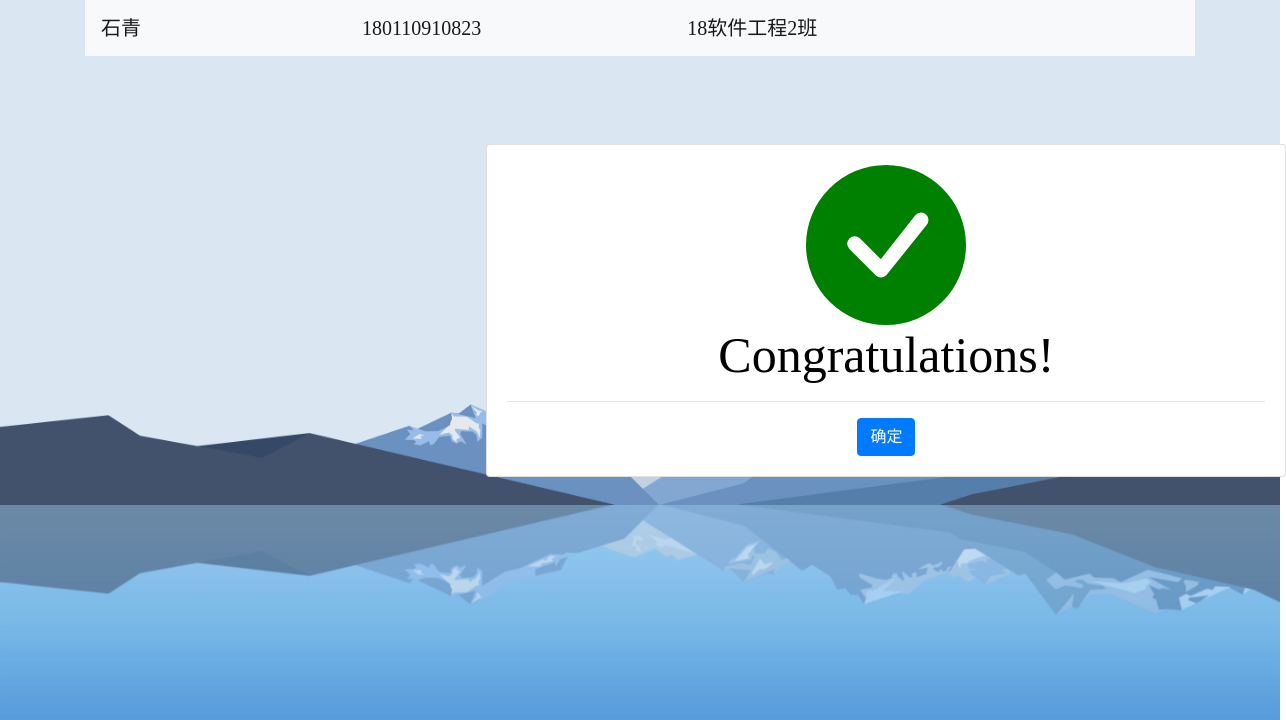
Repository: sqsssq/JavaWeb
Page: class1/IDEA/web/successful.html
The author's editor kept a copy of each file at every save. The page is drawn from the files as they stood at one save, then again after the next save.
The browser window is 1280 px wide. The page is 1286 px wide, so the pictures cover 1286 px, including what lies to the right of the window. The pictures show the whole page.

Above is the page before, as saved 2020-09-25 00:46:16.

### class1/IDEA/web/successful.html
<!--
 * @Author: your name
 * @Date: 2020-09-23 10:46:47
 * @LastEditTime: 2020-09-25 00:46:16
 * @LastEditors: Please set LastEditors
 * @Description: In User Settings Edit
 * @FilePath: \IDEA\web\successful.html
-->
<!DOCTYPE html>
<html lang="en">

<head>
    <meta charset="UTF-8">
    <meta name="viewport" content="width=device-width, initial-scale=1, shrink-to-fit=no">
    <link rel="stylesheet" href="https://cdn.jsdelivr.net/npm/bootstrap@4.5.0/dist/css/bootstrap.min.css"
        integrity="sha384-9aIt2nRpC12Uk9gS9baDl411NQApFmC26EwAOH8WgZl5MYYxFfc+NcPb1dKGj7Sk" crossorigin="anonymous">
    <script src="https://cdn.jsdelivr.net/npm/jquery@3.5.1/dist/jquery.slim.min.js"
        integrity="sha384-DfXdz2htPH0lsSSs5nCTpuj/zy4C+OGpamoFVy38MVBnE+IbbVYUew+OrCXaRkfj" crossorigin="anonymous">
    </script>
    <script src="https://cdn.jsdelivr.net/npm/popper.js@1.16.0/dist/umd/popper.min.js"
        integrity="sha384-Q6E9RHvbIyZFJoft+2mJbHaEWldlvI9IOYy5n3zV9zzTtmI3UksdQRVvoxMfooAo" crossorigin="anonymous">
    </script>
    <script src="https://cdn.jsdelivr.net/npm/bootstrap@4.5.0/dist/js/bootstrap.min.js"
        integrity="sha384-OgVRvuATP1z7JjHLkuOU7Xw704+h835Lr+6QL9UvYjZE3Ipu6Tp75j7Bh/kR0JKI" crossorigin="anonymous">
    </script>

    <title>Title</title>
    <style>
        html {
            height: 100%;
        }

        body {
            height: 100%;
            background-image: url("./img/bcg2.jpg");
            background-repeat: no-repeat;
            background-size: 100% 100%;
            background-position: center center;
        }
    </style>
</head>

<body>
    <div class="container" style="font-family: 华文行楷;">
        <nav class="navbar navbar-expand-lg navbar-light bg-light">
            <a class="navbar-brand" href="#">石青
                &nbsp;&nbsp;&nbsp;&nbsp;&nbsp;&nbsp;&nbsp;&nbsp;&nbsp;&nbsp;&nbsp;&nbsp;&nbsp;&nbsp;&nbsp;&nbsp;&nbsp;&nbsp;&nbsp;&nbsp;&nbsp;&nbsp;&nbsp;&nbsp;&nbsp;&nbsp;&nbsp;&nbsp;&nbsp;&nbsp;&nbsp;&nbsp;&nbsp;&nbsp;&nbsp;&nbsp;&nbsp;&nbsp;&nbsp;&nbsp;</a>
            <a class="navbar-brand"
                href="#">180110910823&nbsp;&nbsp;&nbsp;&nbsp;&nbsp;&nbsp;&nbsp;&nbsp;&nbsp;&nbsp;&nbsp;&nbsp;&nbsp;&nbsp;&nbsp;&nbsp;&nbsp;&nbsp;&nbsp;&nbsp;&nbsp;&nbsp;&nbsp;&nbsp;&nbsp;&nbsp;&nbsp;&nbsp;&nbsp;&nbsp;&nbsp;&nbsp;&nbsp;&nbsp;&nbsp;&nbsp;&nbsp;&nbsp;</a>
            <a class="navbar-brand" href="#">18软件工程2班</a>

        </nav>
        <form method="post" action="loginAction.jsp">

            <!--    <form>-->
            <div class="card"
                style="width: 50rem; position:absolute; left: 38%; float: left; top: 20%; background-color: white;">
                <div class="card-body" style="text-align: center;">

                    <!-- <img src="..." class="card-img-top" alt="..."> -->
                    <svg width="10em" height="10em" viewBox="0 0 16 16" class="bi bi-check-circle-fill"
                        fill="green" xmlns="http://www.w3.org/2000/svg">
                        <path fill-rule="evenodd"
                            d="M16 8A8 8 0 1 1 0 8a8 8 0 0 1 16 0zm-3.97-3.03a.75.75 0 0 0-1.08.022L7.477 9.417 5.384 7.323a.75.75 0 0 0-1.06 1.06L6.97 11.03a.75.75 0 0 0 1.079-.02l3.992-4.99a.75.75 0 0 0-.01-1.05z" />
                    </svg>
                    <h3 class="card-title" style="color: black; font-size: 50px;">Congratulations!</h3>
                    <hr>
                    <input class="btn btn-primary" value="确定" id="btn1" type="submit">
                    <!--            <input  class="btn btn-success" value="注册" id="btn2" type="submit">-->
                    <!--            <button class="btn btn-block" id="btn">登陆</button>-->
                </div>
            </div>
        </form>
    </div>
</body>

</html>

After the next save:
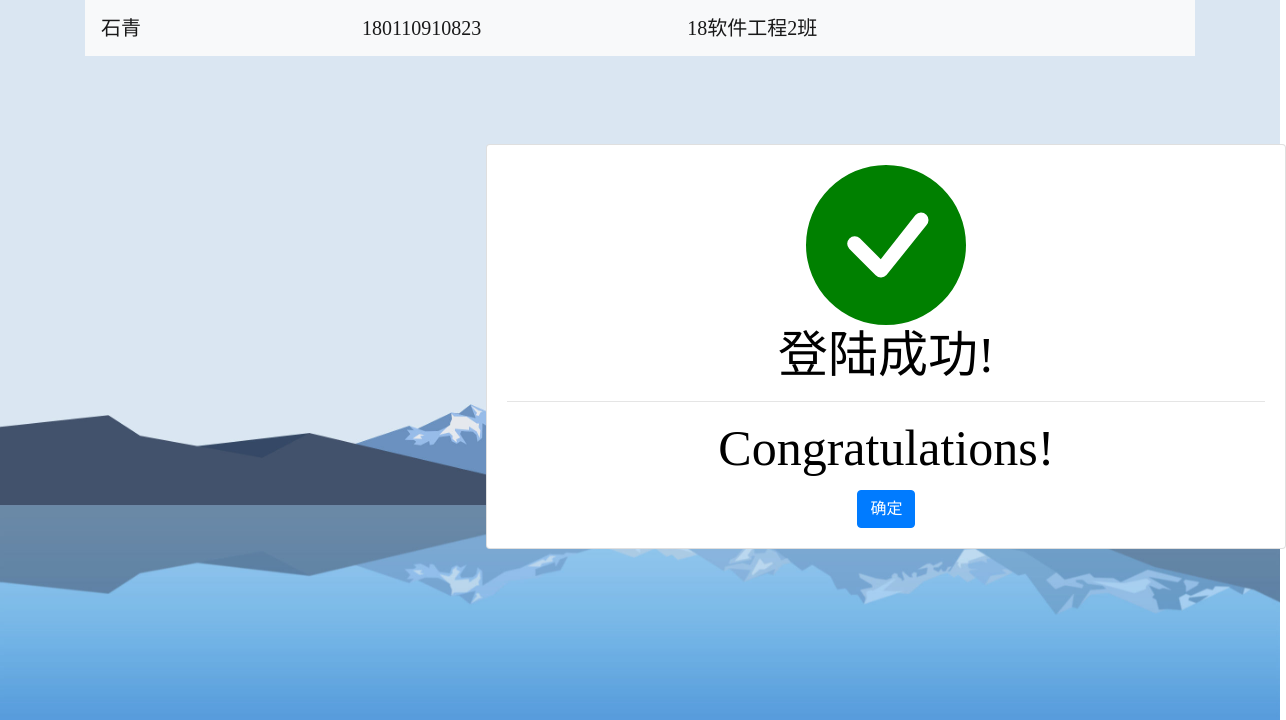
Saved 49 s later.
--- a/class1/IDEA/web/successful.html
+++ b/class1/IDEA/web/successful.html
@@ -1,7 +1,7 @@
 <!--
  * @Author: your name
  * @Date: 2020-09-23 10:46:47
- * @LastEditTime: 2020-09-25 00:46:16
+ * @LastEditTime: 2020-09-25 00:47:05
  * @LastEditors: Please set LastEditors
  * @Description: In User Settings Edit
  * @FilePath: \IDEA\web\successful.html
@@ -63,8 +63,9 @@
                         <path fill-rule="evenodd"
                             d="M16 8A8 8 0 1 1 0 8a8 8 0 0 1 16 0zm-3.97-3.03a.75.75 0 0 0-1.08.022L7.477 9.417 5.384 7.323a.75.75 0 0 0-1.06 1.06L6.97 11.03a.75.75 0 0 0 1.079-.02l3.992-4.99a.75.75 0 0 0-.01-1.05z" />
                     </svg>
+                    <h3 class="card-title" style="color: black; font-size: 50px;">登陆成功!</h3>
+                    <hr>
                     <h3 class="card-title" style="color: black; font-size: 50px;">Congratulations!</h3>
-                    <hr>
                     <input class="btn btn-primary" value="确定" id="btn1" type="submit">
                     <!--            <input  class="btn btn-success" value="注册" id="btn2" type="submit">-->
                     <!--            <button class="btn btn-block" id="btn">登陆</button>-->
